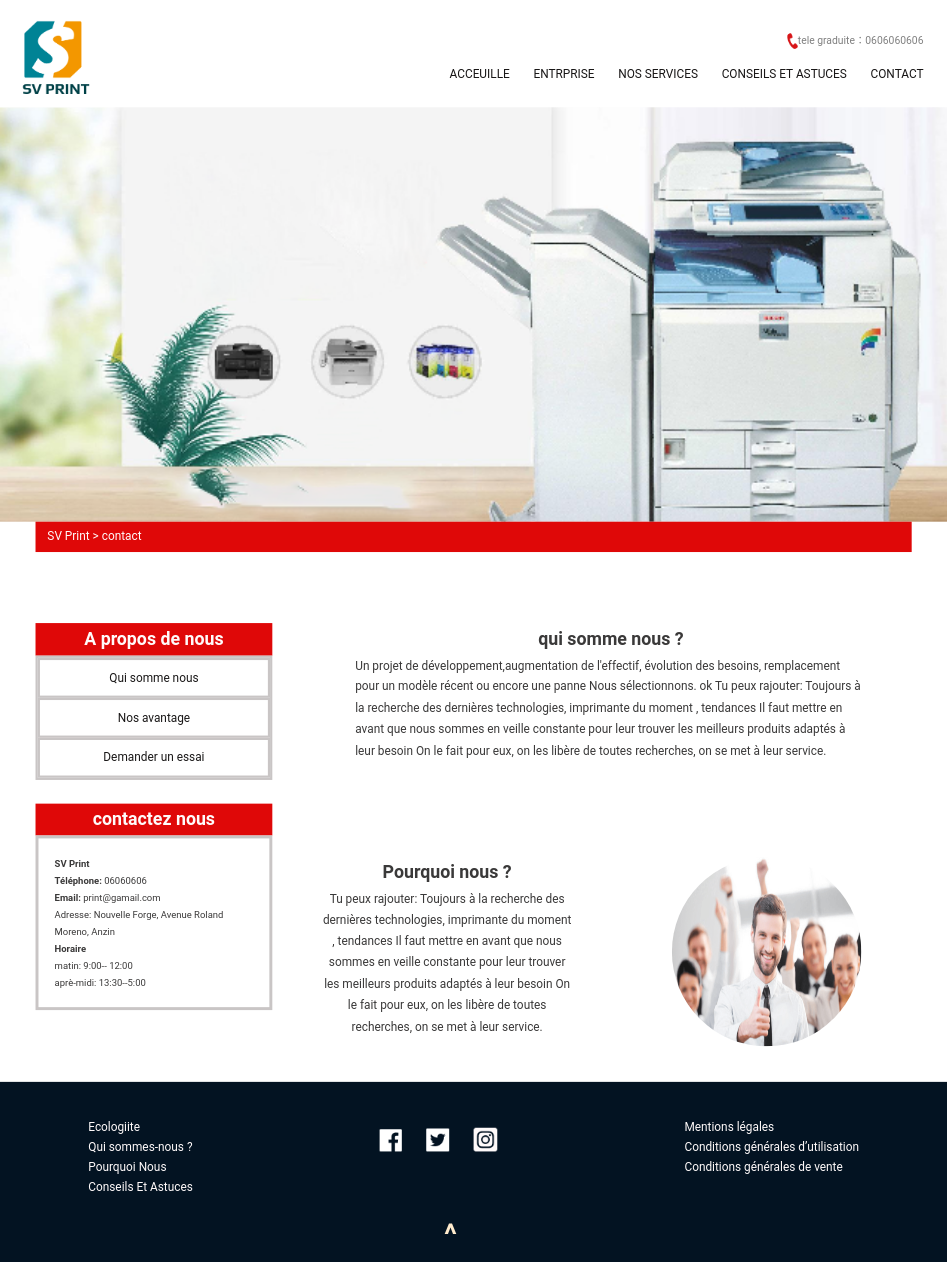
Repository: clairedupuich/sv_print
Page: service.html
An editor plug-in stored every save of this project. The page is shown before and after the next save, followed by the edit.
The browser window is 1280 px wide. The pictures show the whole page, at 74% of full size.

Above is the page before, as saved 2020-12-04 01:09:50.
Console error: TypeError: Cannot read properties of null (reading 'appendChild')

### service.html
<!doctype html>
<html>
<head>
  <meta charset="utf-8">
  <meta name="viewport"
        content="width=device-width, initial-scale=1, user-scalable=no">
<title>SV Print</title>

<link href="style.css" rel="stylesheet" type="text/css">
<script src="print.js" type="text/javascript"></script>
</head>
<body>
<header id="fh5co-header">




  <div class="logo_nav"id="logo_nav">
    <img src="img/logo4.png" alt="SV Print" class="logo" />
     <div class="nav_tele">
      <div class="tel">
        <img src="img/call.png" class="margin-small-right"
        alt="" />tele graduite：0606060606</div>
    <ul class="nav nav-menu nav-inline nav-split nav-right text-big">
      <li id="liHome" class="home"> <a href="">ACCEUILLE</a></li>
      <li id="liabout-us" class="dropdown"><a href="">ENTRPRISE</a></li>
      <li id="liproducts" class="dropdown"><a href="">NOS SERVICES</a></li>
      <li class="side_nav1" id="cat2"><a href="">CONSEILS ET ASTUCES</a></li>
      <li class="side_nav1" id="cat1"><a href="">CONTACT</a></li>
    </ul>
    </div>
  </div>
</header>



    <div id="view">
      <ul id="img_list">
        <li id="slider1" class="owl-item"><img src="img/img_slider_1.png" class="img_slider" alt=""></li>
        <ul class="boutton_change">
          <a href="#slider5"><li><b> < </b></li></a>
          <a href="#slider2"><li><b> > </b></li></a>
        </ul>
        <li id="slider2" class="owl-item"><img src="img/Group 4.png" alt="" class="img_slider"></li>
        <ul class="boutton_change">
          <a href="#slider1"><li><b> < </b></li></a>
          <a href="#slider3"><li><b> > </b></li></a>
        </ul>
        <li id="slider3" class="owl-item"><img src="img/img_slider_31.png" alt="" class="img_slider"></li>
        <ul class="boutton_change">
          <a href="#slider2"><li><b> < </b></li></a>
          <a href="#slider4"><li><b> > </b></li></a>
        </ul>
        <li id="slider4" class="owl-item"><img src="img/promo.png" alt="" class="img_slider"></li>
        <ul class="boutton_change">
          <a href="#slider3"><li><b> < </b></li></a>
          <a href="#slider4"><li><b> > </b></li></a>
        </ul>
      </ul>
    </div>

<div class="blankbig"></div>
<!-- 临时图片 -->
<div class="img_big">
  <!-- <h3>Notre philosophie</h3>
  <p>"Ne vous plaignez jamais du client à caractère difficile car il est la caust de vos progrès"<br><br>Auguste Detoeuf</p> -->
</div>



<main>
  <div class="red">
    <p>SV Print > contact</p>
  </div>
  <div class="container_cont">
    <div class="left">
      <div class="top">
        <p class="titre">A propos de nous</p>
        <div class="about_us">
        <p class="li_left"><a href="">Qui somme nous</a></p>
        <p class="li_left"><a href="">Nos avantage</a></p>
        <p class="li_left"><a href="">Demander un essai</a></p>
      </div>
      </div>
      <div class="bottom">
        <h3 class="titre">contactez nous</h3>
        <p class="adress">
         <b>SV Print </b> <br>
         <b>Téléphone:</b> 06060606
        <br><b>Email:</b> print@gamail.com
        <br>Adresse:</b> Nouvelle Forge, Avenue Roland Moreno, Anzin

        <br><b>Horaire</b>
        <br>matin: 9:00-- 12:00
        <br>aprè-midi: 13:30--5:00
        </p>
      </div>
    </div>

    <div class="right" id="cont">
      <div class="presant">
        <h3>qui somme nous ?</h3>
        <p>Un projet de développement,augmentation de l'effectif, évolution des besoins, remplacement pour un modèle récent ou encore une panne
          Nous sélectionnons.	ok
          Tu peux rajouter:
          Toujours à la recherche des dernières technologies, imprimante du moment , tendances
          Il faut mettre en avant que nous sommes en veille constante pour leur trouver les meilleurs produits adaptés à leur besoin
          On le fait pour eux, on les libère de toutes recherches, on se met à leur service.</p>
      </div>
      <div class="avandage_e">
        <div class="avantage_tex">
          <h3>Pourquoi nous ?</h3>
          <p>Tu peux rajouter:
            Toujours à la recherche des dernières technologies, imprimante du moment , tendances
            Il faut mettre en avant que nous sommes en veille constante pour leur trouver les meilleurs produits adaptés à leur besoin
            On le fait pour eux, on les libère de toutes recherches, on se met à leur service.</p>
        </div>
        <img src="img/business_1.png" alt="" class="img_avan">
      </div>

  </div>
</main>



          <footer>
            <div class="textFooterC">
                <div class="texFooter">
                    <a href="" class="textFooterEle">Ecologiite</a>
                    <a href="" class="textFooterEle">Qui sommes-nous ? </a>
                    <a href="" class="textFooterEle">Pourquoi Nous</a>
                    <a href="" class="textFooterEle">Conseils Et Astuces</a>

                </div>
                <div class="texFooter1 icon_footer">
                  <img src="img/Vector 1.png" alt="" class="iconFooter">
                  <img src="img/Vector2.png" alt="" class="iconFooter">
                  <img src="img/Vector 3.png" alt="" class="iconFooter">
                </div>
                <div class="texFooter">
                    <a href="" class="textFooterEle">Mentions légales</a>
                    <a href="" class="textFooterEle">Conditions générales d’utilisation</a>
                    <a href="" class="textFooterEle">Conditions générales de vente</a>
                </div>
            </div>
            <a href="#logo_nav" class="return_top"> ^ </a>
        </footer>
				</body>
</html>

### style.css
/* 主要部分 style.css */
* {
    margin: 0;
    padding: 0;
    list-style: none;
    text-decoration: none;
}

body {
    font-family: Roboto, Oxygen, Ubuntu, Cantarell, 'Open Sans', 'Helvetica Neue', sans-serif;
    font-size: 16px;
    line-height: 1.8;
    color: #3a3939;
    background: #FFF;
    height: 100%;

}

a:hover {
    text-decoration: none;
}


h1,
h2,
h3,
h4 {
    text-align: center;
    font-size: 1.5em;
    font-weight: bolder;
}
.logo {
    width: 12%;
    min-width: 4em;
    height: 12%;
    min-width: 4em;
}
.nav_tele {
    margin-right: 2em;
}
.tel {
    display: block;
    margin-bottom: 1.5em;
    text-align: right;
    line-height: 20px;
    color: #808080;
    font-size: 14px
}

.tel img {
    vertical-align: middle;
}

.logo_nav {
    display: flex;
    flex-direction: row;
    flex-wrap: wrap;
    align-items: center;
    margin-top: 1em;
    justify-content: space-between;
}
.logo_nav ul {
    display: flex;
    flex-direction: row;
    flex-wrap: wrap;
    align-items: center;
    justify-content: space-around;
    list-style: none;

}
.logo_nav ul li {
    margin-left: 2em;
}
.logo_nav ul li a{

    text-decoration: none;
    color: rgb(24, 22, 22);
    text-align: center;
}
.logo_nav ul li:hover {
     background-color: rgb(78, 120, 135);
     background-clip: content-box;

}
/* nav 结束 */

/* slider */

.img_slider {
    width: 100%;
    height: 45em;
    position: absolute;
}
#view {
    position: relative;
    width: 100%;
    overflow: hidden;
}
#view:after {
    content: '.';
    display: block;
    clear: both;
    height: 0;
    visibility: hidden;
  }
  #img_list {
    position: absolute;
    width: 100%;
  }
  #img_list li {
    float: left;
     width: 100%;
    height:46em;
  }
.blankbig {
    clear: both;
}


.boutton_change {
    display: flex;
    flex-direction: row;
    justify-content: space-around;
    cursor: pointer;
    padding: 2em 46% 0;
  }
  .boutton_change a {
    color: #000000;
    text-decoration: none;
  }
  .boutton_change a li {
    list-style: none;
  }

.container {
    display: flex;
    flex-direction: row;
    flex-wrap: wrap;
    align-items: center;
    justify-content: center;
    margin: 3.5em auto;
    text-align: center;
}
/* image replace */
.img_big {
    background-image: url(img/slider_img1.png);
    background-position: center;
    background-repeat: no-repeat;
    background-size: cover;
    height: 19em;
    padding: 12em 2em 4em 30em;
    color: ivory;
}
.img_big p {
    padding-left: 17em;
    margin-top: 3em;
}


/* footer commence */
footer {

    color: snow;
    margin-top: 2em;
    width: 100%;
    background-color: #031322;
    margin-bottom: 0;
}
.textFooterC {
    display: flex;
    flex-direction: row;
    flex-wrap: wrap;
    justify-content: space-around;
    padding-top: 3em;
    padding-bottom: 1em;
}
.texFooter {
    display: flex;
    flex-direction: column;
    line-height: 1.7em;

}

.textFooterEle {
    text-decoration: none;
    list-style: none;
    color: snow;
}
.iconsFooter {
    background-color: #0F4C81;
    text-align: center;
}
.iconFooter{
   padding: 0.9em;
}
.return_top {
    width: 100%;
    font-size: 2.5em;
    font-weight: bold;
    color: blanchedalmond;
    text-align: center;
    margin-left: 15em;
    /* margin-bottom: -3em; */
}

/* page contact commance */
.red {
    margin: 0 3em;
    padding: .4em 1em;
    background-color: rgb(223, 8, 8);
    color: snow;
    margin-bottom: 6em;
}
.container_cont {
    margin: 3em;
    display: flex;
    flex-direction: row;
    justify-content: space-between;
}
.top {
    width: 30%;
    min-width: 20em;
    text-align: center;
    margin-bottom: 2em;

}

.about_us {
    border: solid rgb(201, 197, 197) 3px;
    line-height: 3em;
}
.li_left {
    padding: 2em auto;
    color: black;
    border: solid rgb(201, 197, 197) 3px;
}
.li_left:hover {
    background-color: rgb(201, 197, 197);
}
.li_left a {
    color: rgb(26, 24, 24);
}
.titre {
    padding: 2.5em auto;
    color: snow;
    background-color:  rgb(223, 8, 8);;
    font-size: 1.5em;
    font-weight: bold;
}
.bottom {
    width: 30%;
    min-width: 20em;
    text-align: left;
}
.bottom p {
    font-size: .8em;
    border: solid rgb(201, 197, 197) 4px;
    padding: 1.7em;
}

.presant {
    width: 80%;
    margin-left: 7em;
    margin-bottom: 8em;
}
.avandage_e {
    display: flex;
    flex-direction: row;
    justify-content: space-around;
}
.avantage_tex {
    width: 39%;
    text-align: center;
}
.img_avan {
    border-radius: 50%;
    width: 16em;
    height:16em ;
}

### print.js
/* for the slider */
var img_list = document.getElementById('img_list');
setInterval(function () {
    img_list.appendChild(img_list.firstChild);
}, 2500)

After the next save:
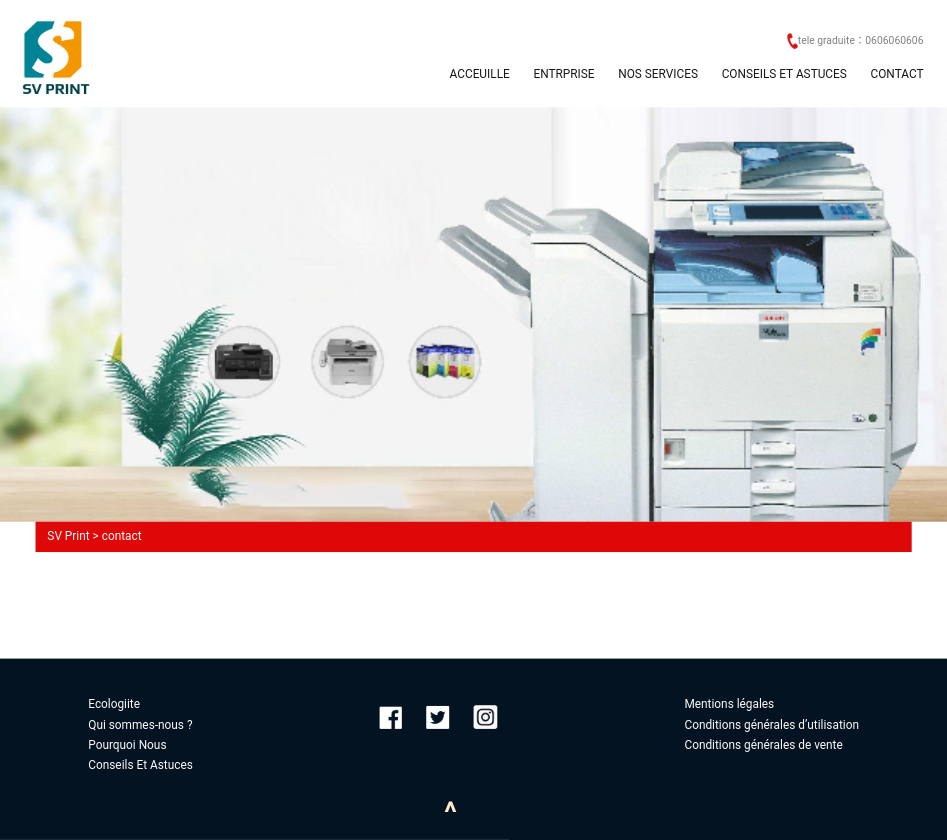
Saved 44 s later.
--- a/service.html
+++ b/service.html
@@ -73,50 +73,7 @@
     <p>SV Print > contact</p>
   </div>
   <div class="container_cont">
-    <div class="left">
-      <div class="top">
-        <p class="titre">A propos de nous</p>
-        <div class="about_us">
-        <p class="li_left"><a href="">Qui somme nous</a></p>
-        <p class="li_left"><a href="">Nos avantage</a></p>
-        <p class="li_left"><a href="">Demander un essai</a></p>
-      </div>
-      </div>
-      <div class="bottom">
-        <h3 class="titre">contactez nous</h3>
-        <p class="adress">
-         <b>SV Print </b> <br>
-         <b>Téléphone:</b> 06060606
-        <br><b>Email:</b> print@gamail.com
-        <br>Adresse:</b> Nouvelle Forge, Avenue Roland Moreno, Anzin
 
-        <br><b>Horaire</b>
-        <br>matin: 9:00-- 12:00
-        <br>aprè-midi: 13:30--5:00
-        </p>
-      </div>
-    </div>
-
-    <div class="right" id="cont">
-      <div class="presant">
-        <h3>qui somme nous ?</h3>
-        <p>Un projet de développement,augmentation de l'effectif, évolution des besoins, remplacement pour un modèle récent ou encore une panne
-          Nous sélectionnons.	ok
-          Tu peux rajouter:
-          Toujours à la recherche des dernières technologies, imprimante du moment , tendances
-          Il faut mettre en avant que nous sommes en veille constante pour leur trouver les meilleurs produits adaptés à leur besoin
-          On le fait pour eux, on les libère de toutes recherches, on se met à leur service.</p>
-      </div>
-      <div class="avandage_e">
-        <div class="avantage_tex">
-          <h3>Pourquoi nous ?</h3>
-          <p>Tu peux rajouter:
-            Toujours à la recherche des dernières technologies, imprimante du moment , tendances
-            Il faut mettre en avant que nous sommes en veille constante pour leur trouver les meilleurs produits adaptés à leur besoin
-            On le fait pour eux, on les libère de toutes recherches, on se met à leur service.</p>
-        </div>
-        <img src="img/business_1.png" alt="" class="img_avan">
-      </div>
 
   </div>
 </main>
